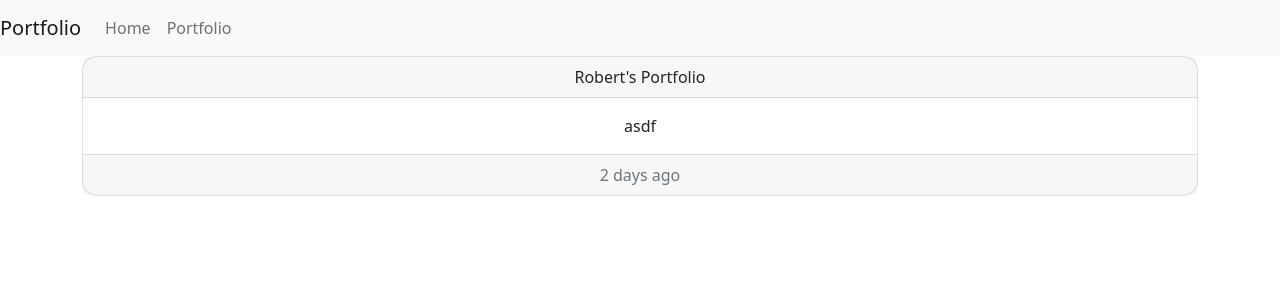
Repository: ward438/improved_portfolio
Page: / (app in client/)
An editor plug-in stored every save of this project. The page is shown before and after the next save, followed by the edit.
The browser window is 1280 px wide. The pictures show the whole page.
The project was rebuilt for these pictures with package versions that can differ from the ones it lists, and the page was loaded fresh each time. Also part of the build but not shown: client/src/App.css, client/src/utils/API.js.

Above is the page before, as saved 2021-06-17 16:32:48.

After the next save:
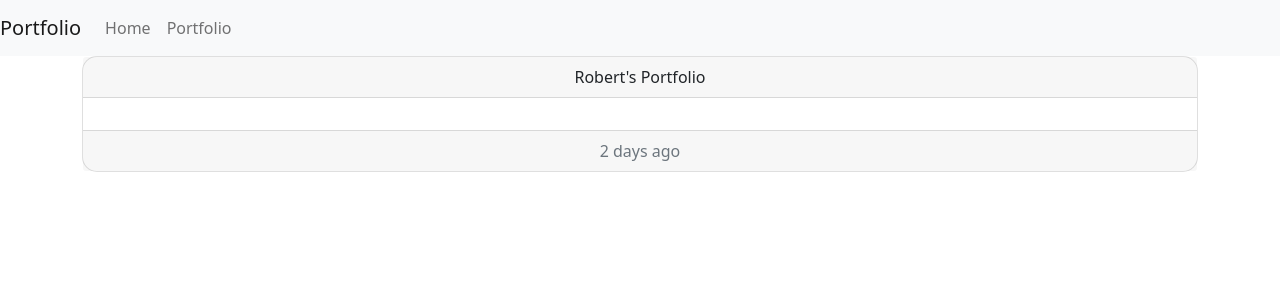
Saved 41 s later.
--- a/client/src/pages/bio.js
+++ b/client/src/pages/bio.js
@@ -9,7 +9,7 @@ function Bio() {
 
     let cardText;
     if (isEvenSeconds()) {
-        cardText = <Card.Body>asdf</Card.Body>
+        cardText = <Card.Body></Card.Body>
     } else {
         cardText = <Card.Body>
             <Card.Img variant="top" style={{ width: '30%', borderRadius: '15px' }} src={`https://react-portfolio-rob.s3.amazonaws.com/131530476_127869602470312_4401820499573357152_n.jpg`} />
